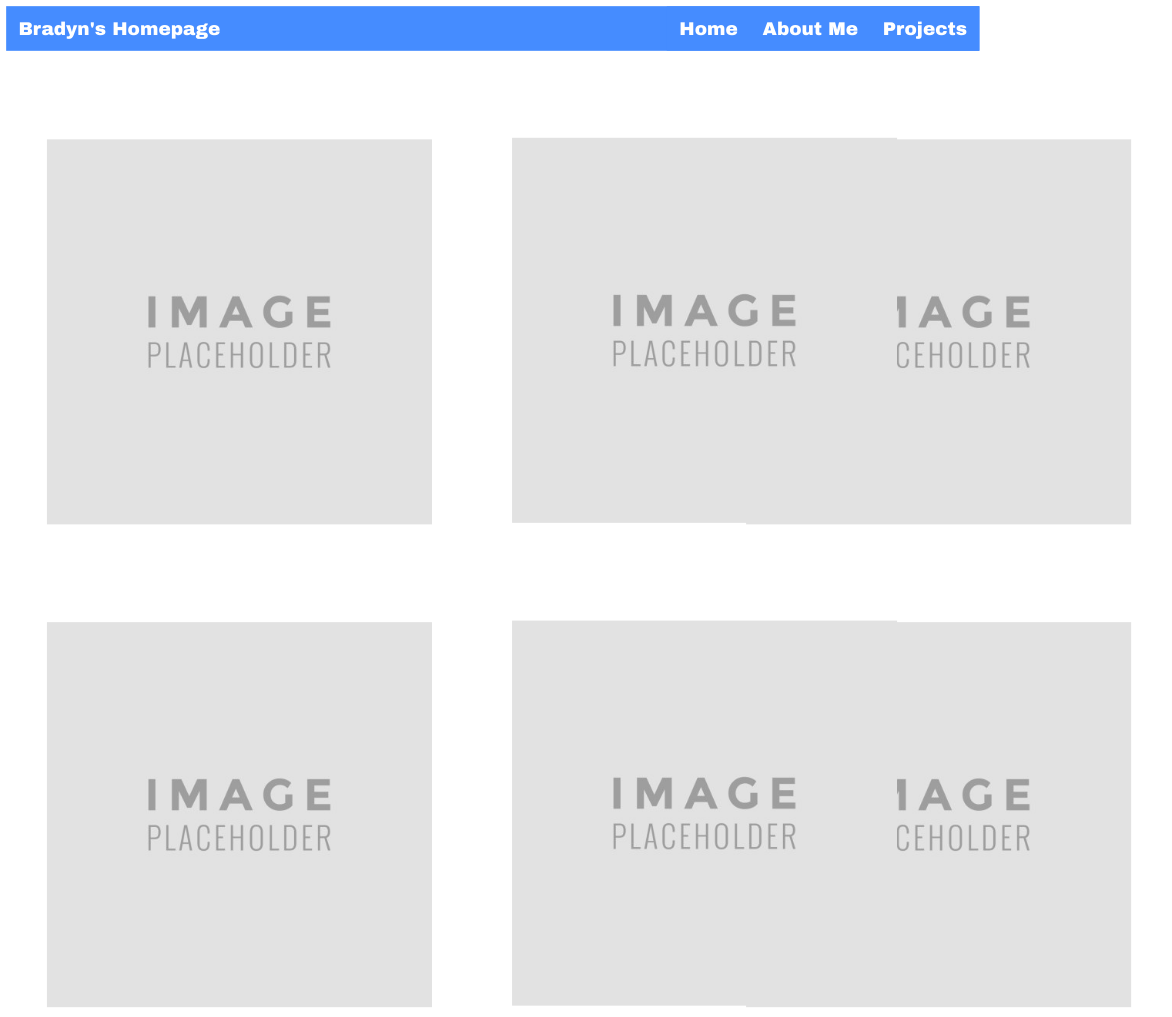
Repository: br4y/br4y.github.io
Page: index.html
The author's editor kept a record of every edit. The page is drawn from the files as they stood at one moment, then again after the next edit.
The browser window is 1280 px wide. The page is 1522 px wide, so the pictures cover 1522 px, including what lies to the right of the window. The pictures show the whole page, at 77% of full size.

Above is the page before.

After the next edit:
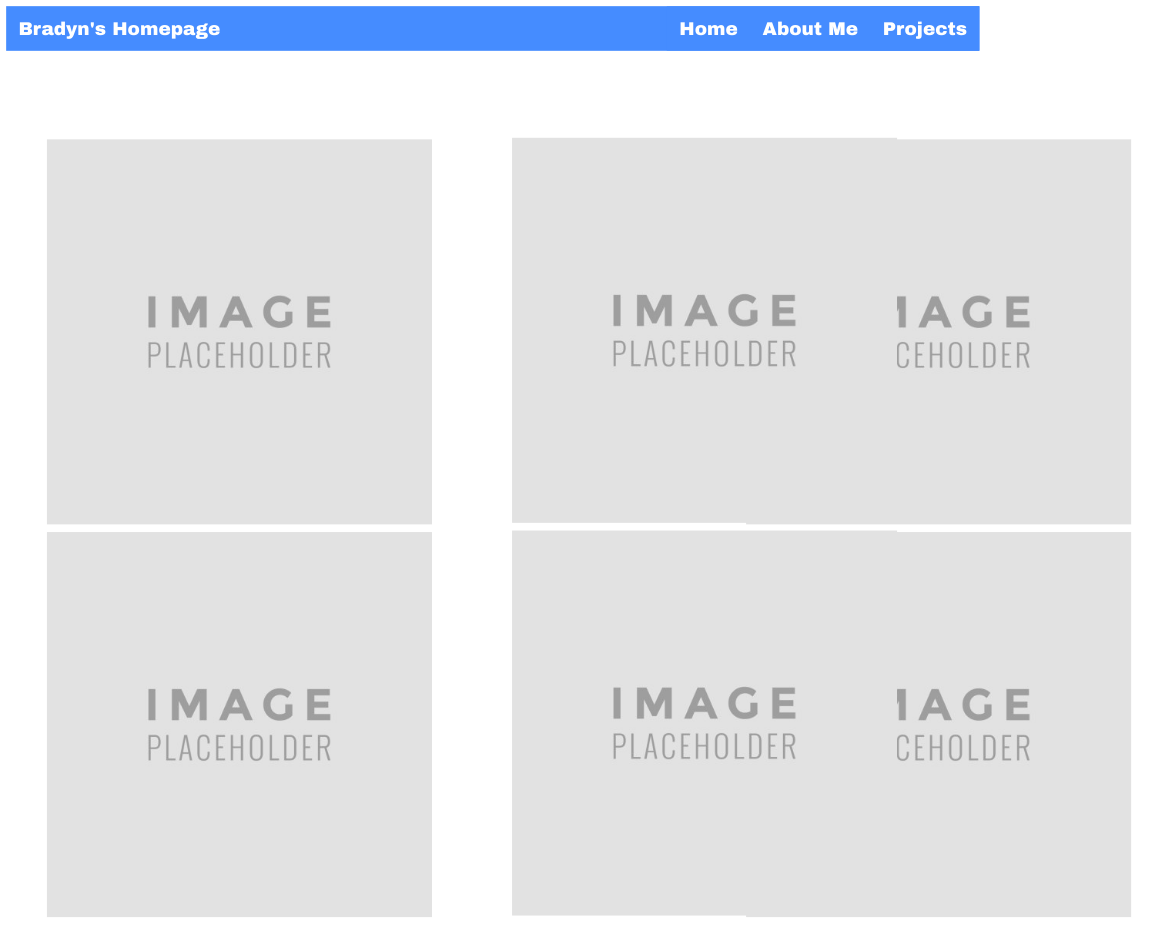
The edit:
--- a/index.html
+++ b/index.html
@@ -36,9 +36,7 @@
                 <td><img class="column2" src="images/placeholder.jpg"></img></td>
                 <td><img class="column3" src="images/placeholder.jpg"></img></td>
             <tr class="spacerow">
-                <td>a</td>
-                <td>a</td>
-                <td>a</td>
+
             </tr>
             </tr>
             <tr class="row3">
